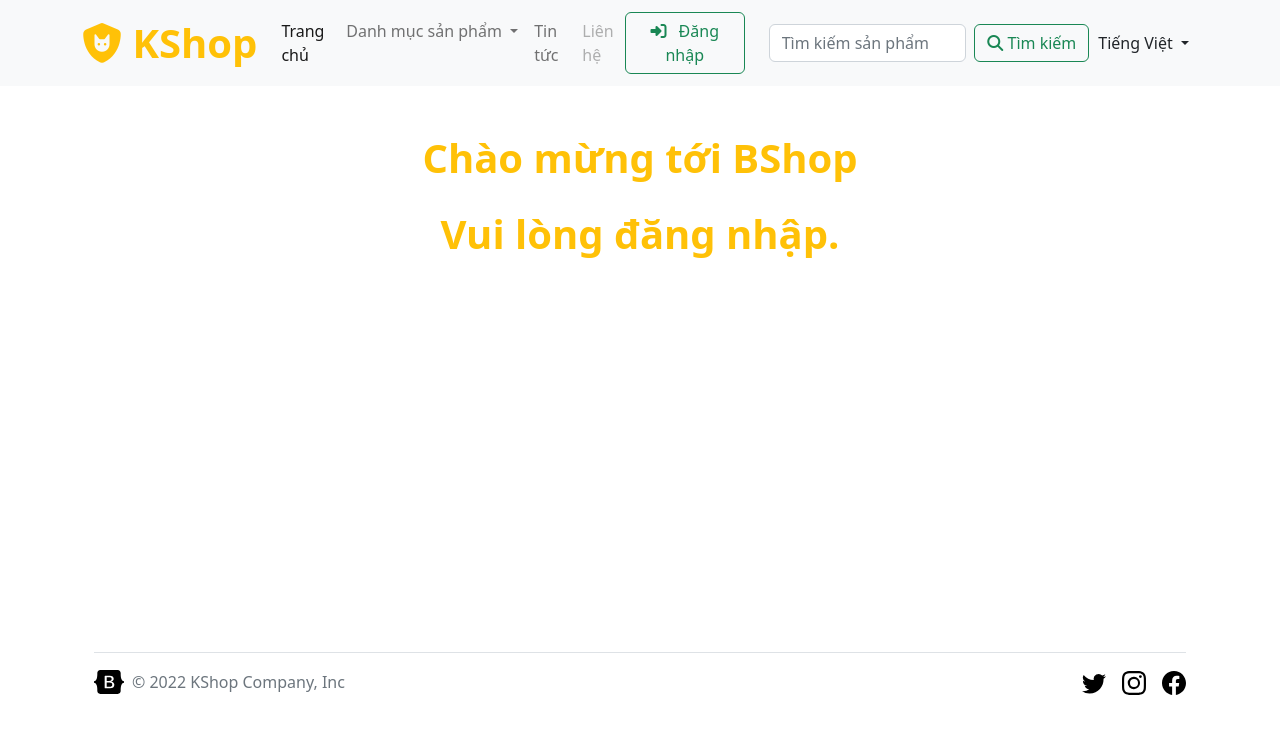
Repository: QuangBach1998/BMobileShop
Page: BshopFrontEnd/index.html
An editor plug-in stored every save of this project. The page is shown before and after the next save, followed by the edit.
The browser window is 1280 px wide. The pictures show the whole page.
Some web libraries are served in a nearby version.

Above is the page before, as saved 2023-06-26 15:12:16.

After the next save:
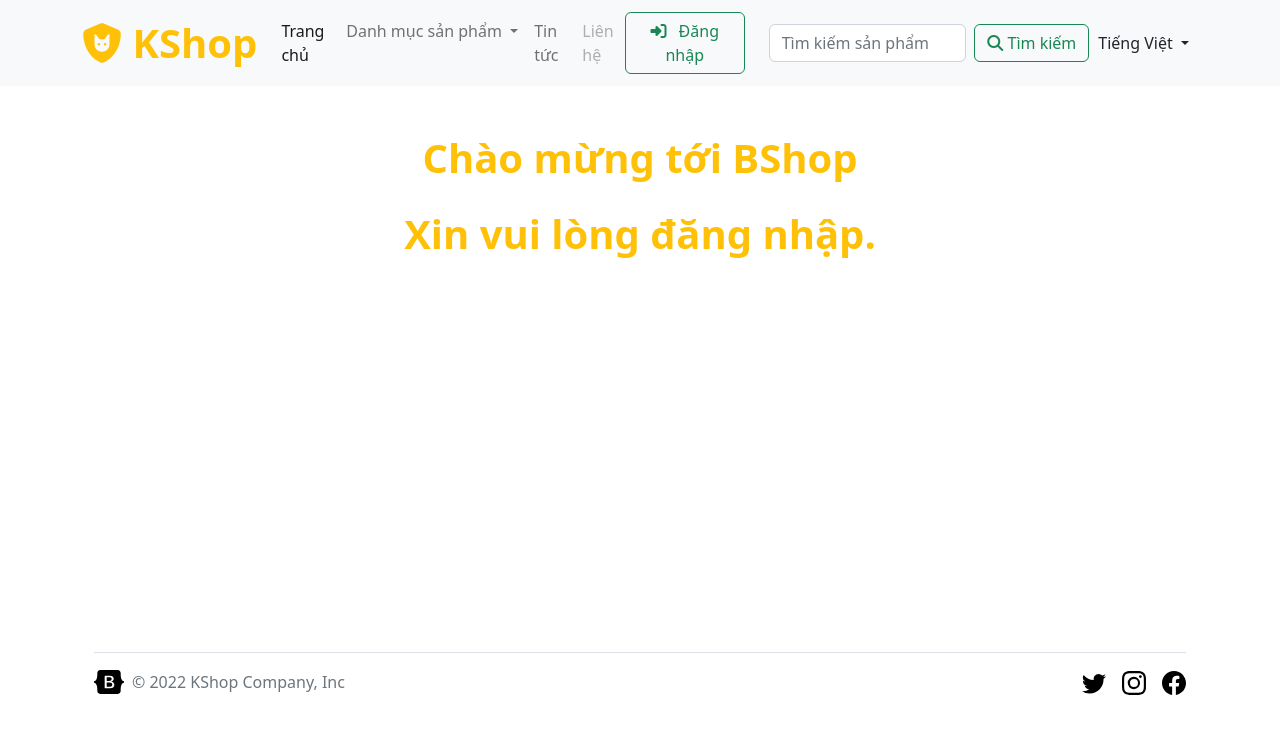
Saved 9 s later.
--- a/BshopFrontEnd/index.html
+++ b/BshopFrontEnd/index.html
@@ -57,7 +57,7 @@
         } else {
           $("#main").append(
             '<p class="text-warning text-center"><b class="fs-1">Chào mừng tới BShop</b></p>',
-            '<p class="text-warning text-center"><b class="fs-1">Vui lòng đăng nhập.</b></p>'
+            '<p class="text-warning text-center"><b class="fs-1">Xin vui lòng đăng nhập.</b></p>'
           );
         }
 
